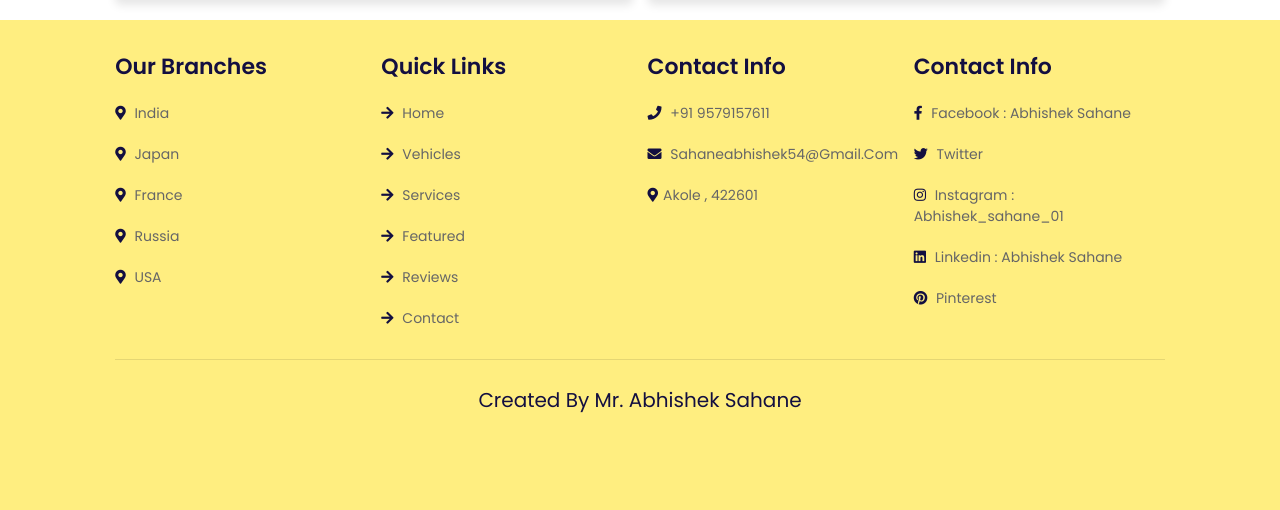
Repository: Kunalhande/car-web-
Page: index.html
An editor plug-in stored every save of this project. The page is shown before and after the next save, followed by the edit.
The browser window is 1280 px wide. The pictures show the part of the page from y = 4725 to 5235 px (the page is 5235 px tall).

Above is the page before, as saved 2025-06-10 12:00:02.
Not found: js/script.js

### index.html
<!DOCTYPE html>
<html lang="en">
<head>
    <meta charset="UTF-8">
    <meta http-equiv="X-UA-Compatible" content="IE=edge">
    <meta name="viewport" content="width=device-width, initial-scale=1.0">

    <link rel="stylesheet" href="https://unpkg.com/swiper@7/swiper-bundle.min.css" />

    <!-- font awesome cdn link  -->
    <link rel="stylesheet" href="https://cdnjs.cloudflare.com/ajax/libs/font-awesome/5.15.4/css/all.min.css">

    <!-- custom css file link  -->
    <link rel="stylesheet" href="css/style.css">

</head>
<body>

<header class="header">

    <div id="menu-btn" class="fas fa-bars"></div>

    <a href="#" class="logo"> <span>Kunal</span>Hande</a>

    <nav class="navbar">
        <a href="#home">HOME</a>
        <a href="#vehicles">VEHICLES</a>
        <a href="#services">SERVICES</a>
        <a href="#featured">FEATURES</a>
        <a href="#reviews">REVIEW</a>
        <a href="#contact">CONTACT</a>
    </nav>

    <div id="login-btn">
        <button class="btn">Log In</button>
        <i class="far fa-user"></i>
    </div>
    <div id="login-btn">
        <button class="btn">Sign Up</button>
        <i class="far fa-user"></i>
    </div>

</header>

<div class="login-form-container">

    <span id="close-login-form" class="fas fa-times"></span>

    <form action="">
        <h3>user login</h3>
        <input type="email" placeholder="email" class="box">
        <input type="password" placeholder="password" class="box">
        <p> forget your password <a href="#">click here</a> </p>
        <input type="submit" value="login" class="btn">
        <p>or login with</p>
        <div class="buttons">
            <a href="#" class="btn"> google </a>
            <a href="#" class="btn"> facebook </a>
        </div>
        <p> don't have an account <a href="#">create one</a> </p>
    </form>

</div>

<section class="home" id="home">

    <h3 data-speed="-2" class="home-parallax">find your car</h3>

    <img data-speed="5" class="home-parallax" src="image/home-img.png" alt="">

    <a data-speed="7" href="#" class="btn home-parallax">explore cars</a>

</section>

<section class="icons-container">

    <div class="icons">
        <i class="fas fa-home"></i>
        <div class="content">
            <h3>150+</h3>
            <p>branches</p>
        </div>
    </div>

    <div class="icons">
        <i class="fas fa-car"></i>
        <div class="content">
            <h3>4770+</h3>
            <p>cars sold</p>
        </div>
    </div>

    <div class="icons">
        <i class="fas fa-users"></i>
        <div class="content">
            <h3>320+</h3>
            <p>happy clients</p>
        </div>
    </div>

    <div class="icons">
        <i class="fas fa-car"></i>
        <div class="content">
            <h3>1500+</h3>
            <p>news cars</p>
        </div>
    </div>

</section>

<section class="vehicles" id="vehicles">

    <h1 class="heading"> popular <span>vehicles</span> </h1>

    <div class="swiper vehicles-slider">

        <div class="swiper-wrapper">

            <div class="swiper-slide box">
                <img src="image/vehicle-1.png" alt="">
                <div class="content">
                    <h3>new model</h3>
                    <div class="price"> <span>price : </span> $62,000/- </div>
                    <p>
                        new
                        <span class="fas fa-circle"></span> 2021
                        <span class="fas fa-circle"></span> automatic
                        <span class="fas fa-circle"></span> petrol
                        <span class="fas fa-circle"></span> 183mph
                    </p>
                    <a href="#" class="btn">check out</a>
                </div>
            </div>

            <div class="swiper-slide box">
                <img src="image/vehicle-2.png" alt="">
                <div class="content">
                    <h3>new model</h3>
                    <div class="price"> <span>price : </span> $62,000/- </div>
                    <p>
                        new
                        <span class="fas fa-circle"></span> 2021
                        <span class="fas fa-circle"></span> automatic
                        <span class="fas fa-circle"></span> petrol
                        <span class="fas fa-circle"></span> 183mph
                    </p>
                    <a href="#" class="btn">check out</a>
                </div>
            </div>

            <div class="swiper-slide box">
                <img src="image/vehicle-3.png" alt="">
                <div class="content">
                    <h3>new model</h3>
                    <div class="price"> <span>price : </span> $62,000/- </div>
                    <p>
                        new
                        <span class="fas fa-circle"></span> 2021
                        <span class="fas fa-circle"></span> automatic
                        <span class="fas fa-circle"></span> petrol
                        <span class="fas fa-circle"></span> 183mph
                    </p>
                    <a href="#" class="btn">check out</a>
                </div>
            </div>

            <div class="swiper-slide box">
                <img src="image/vehicle-4.png" alt="">
                <div class="content">
                    <h3>new model</h3>
                    <div class="price"> <span>price : </span> $62,000/- </div>
                    <p>
                        new
                        <span class="fas fa-circle"></span> 2021
                        <span class="fas fa-circle"></span> automatic
                        <span class="fas fa-circle"></span> petrol
                        <span class="fas fa-circle"></span> 183mph
                    </p>
                    <a href="#" class="btn">check out</a>
                </div>
            </div>

            <div class="swiper-slide box">
                <img src="image/vehicle-5.png" alt="">
                <div class="content">
                    <h3>new model</h3>
                    <div class="price"> <span>price : </span> $62,000/- </div>
                    <p>
                        new
                        <span class="fas fa-circle"></span> 2021
                        <span class="fas fa-circle"></span> automatic
                        <span class="fas fa-circle"></span> petrol
                        <span class="fas fa-circle"></span> 183mph
                    </p>
                    <a href="#" class="btn">check out</a>
                </div>
            </div>

            <div class="swiper-slide box">
                <img src="image/vehicle-6.png" alt="">
                <div class="content">
                    <h3>new model</h3>
                    <div class="price"> <span>price : </span> $62,000/- </div>
                    <p>
                        new
                        <span class="fas fa-circle"></span> 2021
                        <span class="fas fa-circle"></span> automatic
                        <span class="fas fa-circle"></span> petrol
                        <span class="fas fa-circle"></span> 183mph
                    </p>
                    <a href="#" class="btn">check out</a>
                </div>
            </div>

        </div>

        <div class="swiper-pagination"></div>

    </div>

</section>

<section class="services" id="services">

    <h1 class="heading"> our <span>services</span> </h1>

    <div class="box-container">

        <div class="box">
            <i class="fas fa-car"></i>
            <h3>car selling</h3>
            <p>Lorem, ipsum dolor sit amet consectetur adipisicing elit. Corporis, nisi.</p>
            <a href="#" class="btn"> read more</a>
        </div>

        <div class="box">
            <i class="fas fa-tools"></i>
            <h3>parts repair</h3>
            <p>Lorem, ipsum dolor sit amet consectetur adipisicing elit. Corporis, nisi.</p>
            <a href="#" class="btn"> read more</a>
        </div>

        <div class="box">
            <i class="fas fa-car-crash"></i>
            <h3>car insurance</h3>
            <p>Lorem, ipsum dolor sit amet consectetur adipisicing elit. Corporis, nisi.</p>
            <a href="#" class="btn"> read more</a>
        </div>

        <div class="box">
            <i class="fas fa-car-battery"></i>
            <h3>battery replacement</h3>
            <p>Lorem, ipsum dolor sit amet consectetur adipisicing elit. Corporis, nisi.</p>
            <a href="#" class="btn"> read more</a>
        </div>

        <div class="box">
            <i class="fas fa-gas-pump"></i>
            <h3>oil change</h3>
            <p>Lorem, ipsum dolor sit amet consectetur adipisicing elit. Corporis, nisi.</p>
            <a href="#" class="btn"> read more</a>
        </div>

        <div class="box">
            <i class="fas fa-headset"></i>
            <h3>24/7 support</h3>
            <p>Lorem, ipsum dolor sit amet consectetur adipisicing elit. Corporis, nisi.</p>
            <a href="#" class="btn"> read more</a>
        </div>

    </div>

</section>

<section class="featured" id="featured">

    <h1 class="heading"> <span>featured</span> cars </h1>

    <div class="swiper featured-slider">

       <div class="swiper-wrapper">

            <div class="swiper-slide box">
                <img src="image/car-1.png" alt="">
                <div class="content">
                    <h3>new model</h3>
                    <div class="stars">
                        <i class="fas fa-star"></i>
                        <i class="fas fa-star"></i>
                        <i class="fas fa-star"></i>
                        <i class="fas fa-star"></i>
                        <i class="fas fa-star-half-alt"></i>
                    </div>
                    <div class="price">$55,000/-</div>
                    <a href="#" class="btn">check out</a>
                </div>
            </div>

            <div class="swiper-slide box">
                <img src="image/car-2.png" alt="">
                <div class="content">
                    <h3>new model</h3>
                    <div class="stars">
                        <i class="fas fa-star"></i>
                        <i class="fas fa-star"></i>
                        <i class="fas fa-star"></i>
                        <i class="fas fa-star"></i>
                        <i class="fas fa-star-half-alt"></i>
                    </div>
                    <div class="price">$55,000/-</div>
                    <a href="#" class="btn">check out</a>
                </div>
            </div>

            <div class="swiper-slide box">
                <img src="image/car-3.png" alt="">
                <div class="content">
                    <h3>new model</h3>
                    <div class="stars">
                        <i class="fas fa-star"></i>
                        <i class="fas fa-star"></i>
                        <i class="fas fa-star"></i>
                        <i class="fas fa-star"></i>
                        <i class="fas fa-star-half-alt"></i>
                    </div>
                    <div class="price">$55,000/-</div>
                    <a href="#" class="btn">check out</a>
                </div>
            </div>

            <div class="swiper-slide box">
                <img src="image/car-4.png" alt="">
                <div class="content">
                    <h3>new model</h3>
                    <div class="stars">
                        <i class="fas fa-star"></i>
                        <i class="fas fa-star"></i>
                        <i class="fas fa-star"></i>
                        <i class="fas fa-star"></i>
                        <i class="fas fa-star-half-alt"></i>
                    </div>
                    <div class="price">$55,000/-</div>
                    <a href="#" class="btn">check out</a>
                </div>
            </div>

       </div>

       <div class="swiper-pagination"></div>

    </div>

    <div class="swiper featured-slider">

        <div class="swiper-wrapper">

             <div class="swiper-slide box">
                 <img src="image/car-5.png" alt="">
                 <div class="content">
                     <h3>new model</h3>
                     <div class="stars">
                         <i class="fas fa-star"></i>
                         <i class="fas fa-star"></i>
                         <i class="fas fa-star"></i>
                         <i class="fas fa-star"></i>
                         <i class="fas fa-star-half-alt"></i>
                     </div>
                     <div class="price">$55,000/-</div>
                     <a href="#" class="btn">check out</a>
                 </div>
             </div>

             <div class="swiper-slide box">
                 <img src="image/car-6.png" alt="">
                 <div class="content">
                     <h3>new model</h3>
                     <div class="stars">
                         <i class="fas fa-star"></i>
                         <i class="fas fa-star"></i>
                         <i class="fas fa-star"></i>
                         <i class="fas fa-star"></i>
                         <i class="fas fa-star-half-alt"></i>
                     </div>
                     <div class="price">$55,000/-</div>
                     <a href="#" class="btn">check out</a>
                 </div>
             </div>

             <div class="swiper-slide box">
                 <img src="image/car-7.png" alt="">
                 <div class="content">
                     <h3>new model</h3>
                     <div class="stars">
                         <i class="fas fa-star"></i>
                         <i class="fas fa-star"></i>
                         <i class="fas fa-star"></i>
                         <i class="fas fa-star"></i>
                         <i class="fas fa-star-half-alt"></i>
                     </div>
                     <div class="price">$55,000/-</div>
                     <a href="#" class="btn">check out</a>
                 </div>
             </div>

             <div class="swiper-slide box">
                 <img src="image/car-8.png" alt="">
                 <div class="content">
                     <h3>new model</h3>
                     <div class="stars">
                         <i class="fas fa-star"></i>
                         <i class="fas fa-star"></i>
                         <i class="fas fa-star"></i>
                         <i class="fas fa-star"></i>
                         <i class="fas fa-star-half-alt"></i>
                     </div>
                     <div class="price">$55,000/-</div>
                     <a href="#" class="btn">check out</a>
                 </div>
             </div>

        </div>

        <div class="swiper-pagination"></div>

     </div>

</section>

<section class="newsletter">

    <h3>subscribe for latest updates</h3>
    <p>Lorem ipsum dolor sit amet consectetur adipisicing elit. Voluptatum, suscipit.</p>

   <form action="">
        <input type="email" placeholder="enter your email">
        <input type="submit" value="subscribe">
   </form>

</section>

<section class="reviews" id="reviews">

    <h1 class="heading"> client's <span>review</span> </h1>

    <div class="swiper review-slider">

        <div class="swiper-wrapper">

            <div class="swiper-slide box">
                <img src="image/pic-1.png" alt="">
                <div class="content">
                    <p>Lorem ipsum dolor sit amet consectetur, adipisicing elit. Ipsam incidunt quod praesentium iusto id autem possimus assumenda at ut saepe.</p>
                    <h3>john deo</h3>
                    <div class="stars">
                        <i class="fas fa-star"></i>
                        <i class="fas fa-star"></i>
                        <i class="fas fa-star"></i>
                        <i class="fas fa-star"></i>
                        <i class="fas fa-star-half-alt"></i>
                    </div>
                </div>
            </div>

            <div class="swiper-slide box">
                <img src="image/pic-2.png" alt="">
                <div class="content">
                    <p>Lorem ipsum dolor sit amet consectetur, adipisicing elit. Ipsam incidunt quod praesentium iusto id autem possimus assumenda at ut saepe.</p>
                    <h3>john deo</h3>
                    <div class="stars">
                        <i class="fas fa-star"></i>
                        <i class="fas fa-star"></i>
                        <i class="fas fa-star"></i>
                        <i class="fas fa-star"></i>
                        <i class="fas fa-star-half-alt"></i>
                    </div>
                </div>
            </div>

            <div class="swiper-slide box">
                <img src="image/pic-3.png" alt="">
                <div class="content">
                    <p>Lorem ipsum dolor sit amet consectetur, adipisicing elit. Ipsam incidunt quod praesentium iusto id autem possimus assumenda at ut saepe.</p>
                    <h3>john deo</h3>
                    <div class="stars">
                        <i class="fas fa-star"></i>
                        <i class="fas fa-star"></i>
                        <i class="fas fa-star"></i>
                        <i class="fas fa-star"></i>
                        <i class="fas fa-star-half-alt"></i>
                    </div>
                </div>
            </div>

            <div class="swiper-slide box">
                <img src="image/pic-4.png" alt="">
                <div class="content">
                    <p>Lorem ipsum dolor sit amet consectetur, adipisicing elit. Ipsam incidunt quod praesentium iusto id autem possimus assumenda at ut saepe.</p>
                    <h3>john deo</h3>
                    <div class="stars">
                        <i class="fas fa-star"></i>
                        <i class="fas fa-star"></i>
                        <i class="fas fa-star"></i>
                        <i class="fas fa-star"></i>
                        <i class="fas fa-star-half-alt"></i>
                    </div>
                </div>
            </div>

            <div class="swiper-slide box">
                <img src="image/pic-5.png" alt="">
                <div class="content">
                    <p>Lorem ipsum dolor sit amet consectetur, adipisicing elit. Ipsam incidunt quod praesentium iusto id autem possimus assumenda at ut saepe.</p>
                    <h3>john deo</h3>
                    <div class="stars">
                        <i class="fas fa-star"></i>
                        <i class="fas fa-star"></i>
                        <i class="fas fa-star"></i>
                        <i class="fas fa-star"></i>
                        <i class="fas fa-star-half-alt"></i>
                    </div>
                </div>
            </div>

            <div class="swiper-slide box">
                <img src="image/pic-6.png" alt="">
                <div class="content">
                    <p>Lorem ipsum dolor sit amet consectetur, adipisicing elit. Ipsam incidunt quod praesentium iusto id autem possimus assumenda at ut saepe.</p>
                    <h3>john deo</h3>
                    <div class="stars">
                        <i class="fas fa-star"></i>
                        <i class="fas fa-star"></i>
                        <i class="fas fa-star"></i>
                        <i class="fas fa-star"></i>
                        <i class="fas fa-star-half-alt"></i>
                    </div>
                </div>
            </div>

        </div>

        <div class="swiper-pagination"></div>

    </div>

</section>

<section class="contact" id="contact">

    <h1 class="heading"><span>contact</span> us</h1>

    <div class="row">

        <iframe class="map" src="https://www.google.com/maps/embed?pb=!1m18!1m12!1m3!1d30153.788252261566!2d72.82321484621745!3d19.141690214227783!2m3!1f0!2f0!3f0!3m2!1i1024!2i768!4f13.1!3m3!1m2!1s0x3be7b63aceef0c69%3A0x2aa80cf2287dfa3b!2sJogeshwari%20West%2C%20Mumbai%2C%20Maharashtra%20400047!5e0!3m2!1sen!2sin!4v1632137920043!5m2!1sen!2sin" allowfullscreen="" loading="lazy"></iframe>

        <form action="">
            <h3>get in touch</h3>
            <input type="text" placeholder="your name" class="box">
            <input type="email" placeholder="your email" class="box">
            <input type="tel" placeholder="subject" class="box">
            <textarea placeholder="your message" class="box" cols="30" rows="10"></textarea>
            <input type="submit" value="send message" class="btn">
        </form>

    </div>

</section>

<section class="footer" id="footer">

    <div class="box-container">

        <div class="box">
            <h3>our branches</h3>
            <a href="#"> <i class="fas fa-map-marker-alt"></i> india </a>
            <a href="#"> <i class="fas fa-map-marker-alt"></i> japan </a>
            <a href="#"> <i class="fas fa-map-marker-alt"></i> france </a>
            <a href="#"> <i class="fas fa-map-marker-alt"></i> russia </a>
            <a href="#"> <i class="fas fa-map-marker-alt"></i> USA </a>
        </div>

        <div class="box">
            <h3>quick links</h3>
            <a href="#"> <i class="fas fa-arrow-right"></i> home </a>
            <a href="#"> <i class="fas fa-arrow-right"></i> vehicles </a>
            <a href="#"> <i class="fas fa-arrow-right"></i> services </a>
            <a href="#"> <i class="fas fa-arrow-right"></i> featured </a>
            <a href="#"> <i class="fas fa-arrow-right"></i> reviews </a>
            <a href="#"> <i class="fas fa-arrow-right"></i> contact </a>
        </div>

        <div class="box">
            <h3>Contact Info</h3>
            <a href="#"> <i class="fas fa-phone"></i> +91 9579157611</a>
            <a href="#"> <i class="fas fa-envelope"></i> sahaneabhishek54@gmail.com </a>
            <a href="#"> <i class="fas fa-map-marker-alt"></i>Akole , 422601</a>
        </div>

        <div class="box">
            <h3>contact info</h3>
            <a href="#"> <i class="fab fa-facebook-f"></i> facebook : Abhishek Sahane</a>
            <a href="#"> <i class="fab fa-twitter"></i> twitter </a>
            <a href="#"> <i class="fab fa-instagram"></i> instagram  : abhishek_sahane_01</a>
            <a href="#"> <i class="fab fa-linkedin"></i> linkedin : Abhishek Sahane</a>
            <a href="#"> <i class="fab fa-pinterest"></i> pinterest </a>
        </div>

    </div>

    <div class="credit"> created by mr. Abhishek Sahane </div>

</section>










<script src="https://unpkg.com/swiper@7/swiper-bundle.min.js"></script>

<script src="js/script.js"></script>

</body>
</html>

Loaded but not shown: css/style.css (696 lines, source omitted)

After the next save:
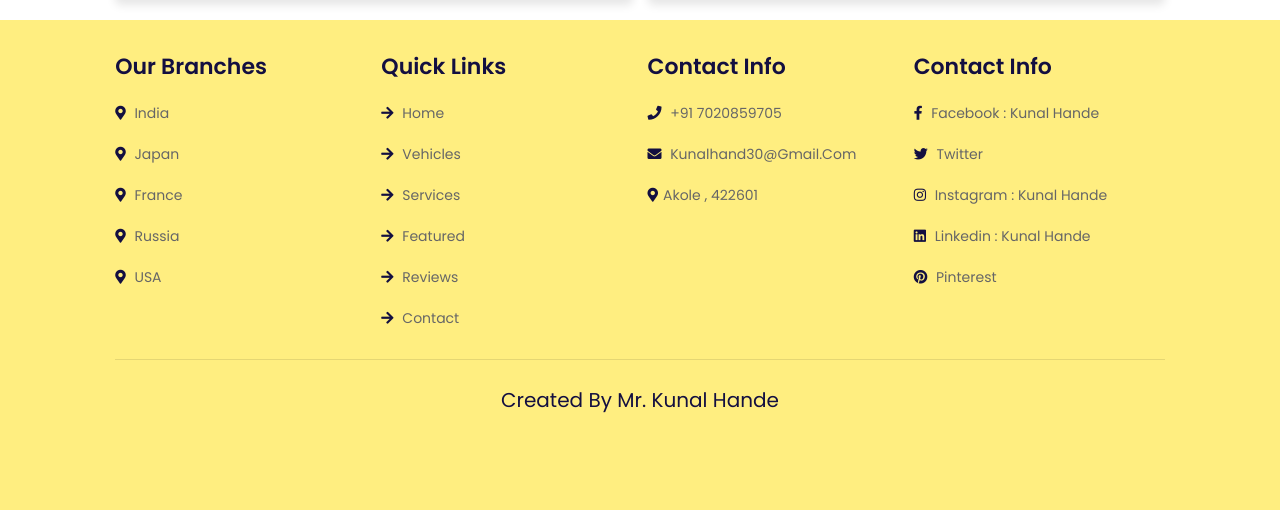
Saved 10 days later.
--- a/index.html
+++ b/index.html
@@ -590,23 +590,23 @@
 
         <div class="box">
             <h3>Contact Info</h3>
-            <a href="#"> <i class="fas fa-phone"></i> +91 9579157611</a>
-            <a href="#"> <i class="fas fa-envelope"></i> sahaneabhishek54@gmail.com </a>
+            <a href="#"> <i class="fas fa-phone"></i> +91 7020859705</a>
+            <a href="#"> <i class="fas fa-envelope"></i> kunalhand30@gmail.com </a>
             <a href="#"> <i class="fas fa-map-marker-alt"></i>Akole , 422601</a>
         </div>
 
         <div class="box">
             <h3>contact info</h3>
-            <a href="#"> <i class="fab fa-facebook-f"></i> facebook : Abhishek Sahane</a>
+            <a href="#"> <i class="fab fa-facebook-f"></i> facebook : kunal hande</a>
             <a href="#"> <i class="fab fa-twitter"></i> twitter </a>
-            <a href="#"> <i class="fab fa-instagram"></i> instagram  : abhishek_sahane_01</a>
-            <a href="#"> <i class="fab fa-linkedin"></i> linkedin : Abhishek Sahane</a>
+            <a href="#"> <i class="fab fa-instagram"></i> instagram  : kunal hande</a>
+            <a href="#"> <i class="fab fa-linkedin"></i> linkedin : kunal hande</a>
             <a href="#"> <i class="fab fa-pinterest"></i> pinterest </a>
         </div>
 
     </div>
 
-    <div class="credit"> created by mr. Abhishek Sahane </div>
+    <div class="credit"> created by mr. Kunal hande </div>
 
 </section>
 
